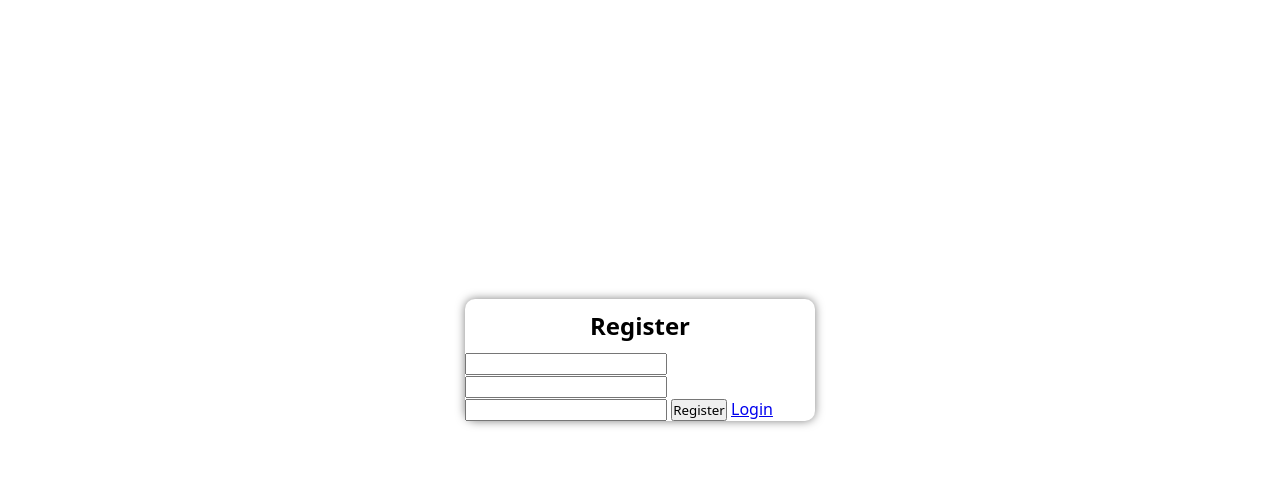
Repository: SanjaySokal/learn-java
Page: http://localhost/ServletProject/home.jsp
An editor plug-in stored every save of this project. The page is shown before and after the next save, followed by the edit.
The browser window is 1280 px wide. The pictures show the whole page.
The page is served by Tomcat 9.

Above is the page before, as saved 2023-09-09 03:09:23.

After the next save:
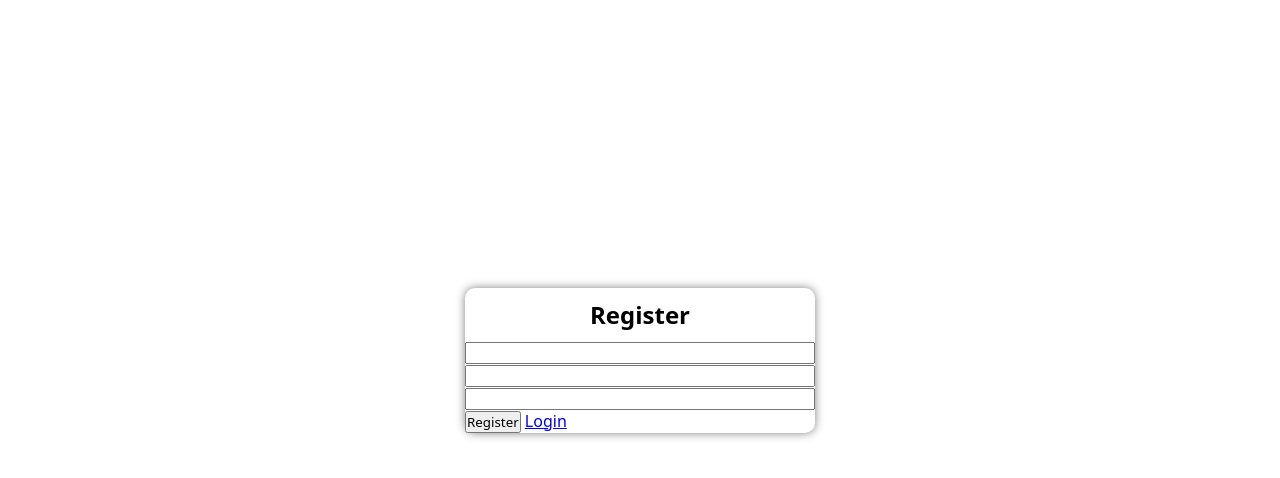
Saved 24 s later.
--- a/ServletProject/src/main/webapp/style.css
+++ b/ServletProject/src/main/webapp/style.css
@@ -23,3 +23,7 @@
 	text-align: center;
 	margin: 10px auto;
 }
+
+form input {
+	width: 100%;
+}
